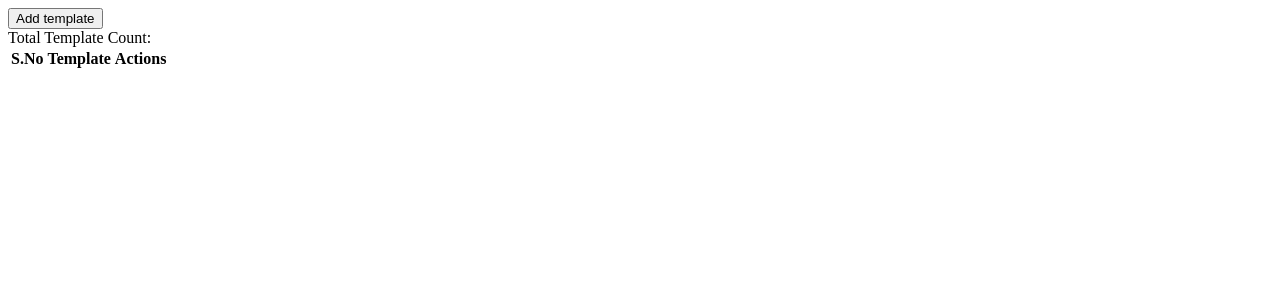
Repository: Pavira/Nithya-Clinic
Page: frontend/pages/drug_category/view_drug_category.html
An editor plug-in stored every save of this project. The page is shown before and after the next save, followed by the edit.
The browser window is 1280 px wide. The pictures show the whole page.

Above is the page before, as saved 2025-08-30 10:19:21.

After the next save:
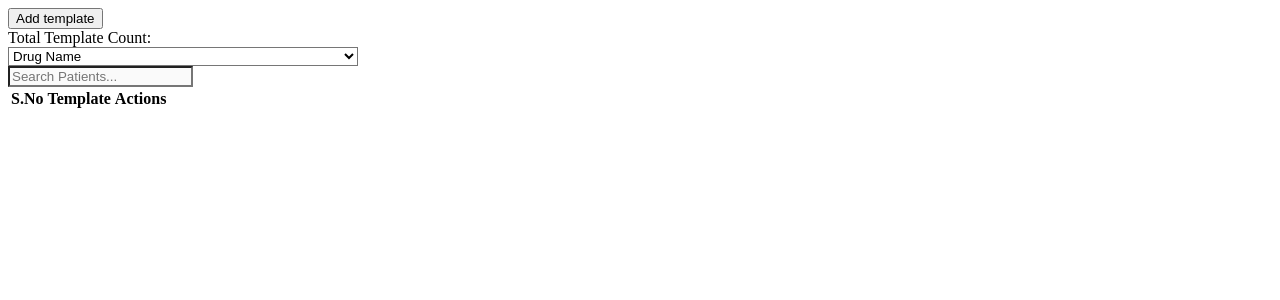
Saved 24 s later.
--- a/frontend/pages/drug_category/view_drug_category.html
+++ b/frontend/pages/drug_category/view_drug_category.html
@@ -19,6 +19,24 @@
   <!-- Drug Category Count -->
 <div class="mb-3">
   <i class="bi bi-people-fill me-1"></i><span class="fw-bold">Total Template Count: </span><span id="drug-category-count"></span>
+</div>
+
+<!-- Search Controls -->
+<div class="d-flex align-items-center gap-2 mb-3 flex-nowrap">
+  <!-- Dropdown -->
+  <select class="form-select" id="search_type" style="width: 350px; background-color:white;">
+    <!-- <option value="" selected disabled>Select Search Type</option> -->
+    <option value="drug_name" selected >Drug Name</option>
+    <!-- <option value="drug_category">Drug Category</option> -->
+  </select>
+
+  <!-- Search Input with Icon -->
+  <div class="input-group" style="width: 400px;">
+    <span class="input-group-text bg-light border-end-0">
+      <i class="bi bi-search"></i>
+    </span>
+    <input type="text" id="search_value" class="form-control border-start-0" placeholder="Search Patients..." style="background-color: #fafafa;" />
+  </div>
 </div>
 
 <!-- Table -->
